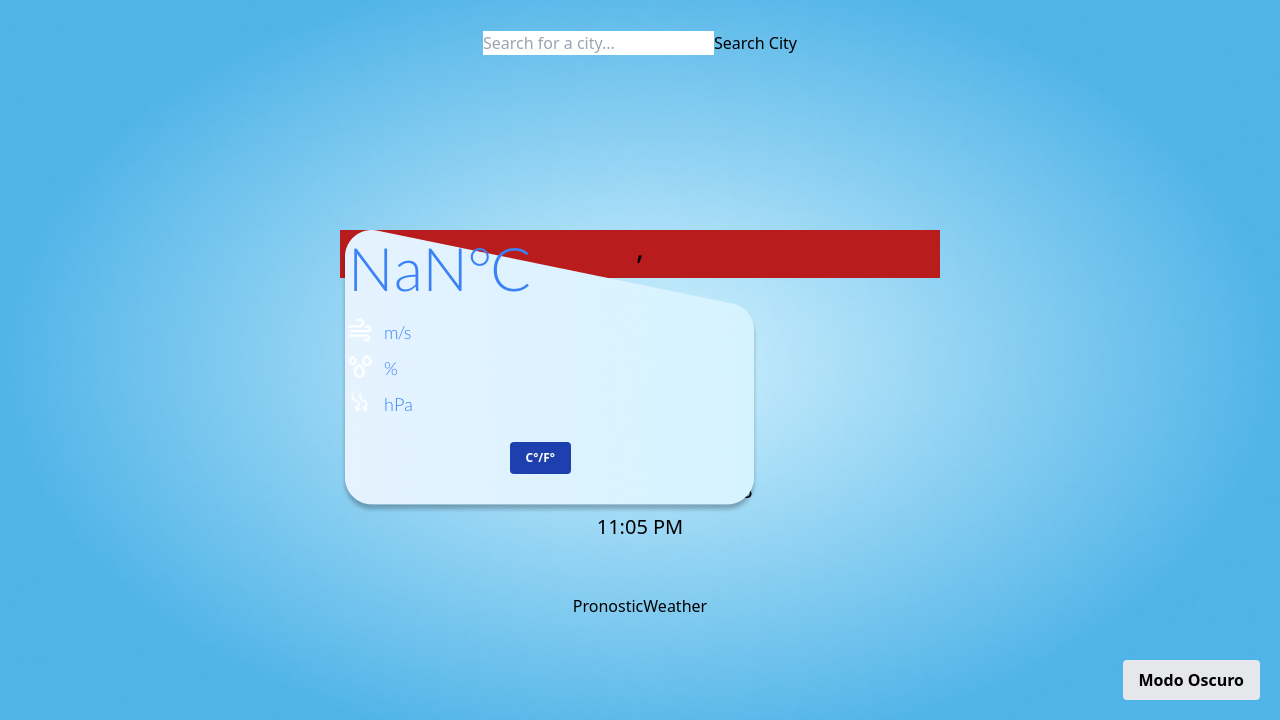
Repository: LukasMoyano/WeatherApp-_-LukasMoyano-_-V-_4.0_6.6.6
Page: /
The author's editor kept a copy of each file at every save. The page is drawn from the files as they stood at one save, then again after the next save.
The browser window is 1280 px wide. The pictures show the whole page.
The page's requests for data from a server got no answer. The project was rebuilt for these pictures with package versions that can differ from the ones it lists, and the page was loaded fresh each time. No one was signed in, and anything a server would have sent is missing. Also part of the build but not shown: vite.config.js.

Above is the page before, as saved 2023-08-08 01:35:04.

### index.html
<!DOCTYPE html>
<html lang="en">
  <head>
    <meta charset="UTF-8" />
    <link rel="icon" type="image/png" href="thor-hammer.png">
    <meta name="viewport" content="width=device-width, initial-scale=1.0" />
    <title>WeatherApp - LukasMoyano-</title>
  </head>
  <body>
    <div id="root"></div>
    <script type="module" src="/src/main.jsx"></script>
  </body>
</html>

### src/main.jsx
import React from 'react'
import ReactDOM from 'react-dom/client'
import App from "/src/App.jsx";

ReactDOM.createRoot(document.getElementById('root')).render(
  <React.StrictMode>
    <App />
  </React.StrictMode>,
)

### src/App.jsx
import React, { useEffect, useState } from "react";
import axios from "axios";
import Weather from "./components/Weather";
import "./App.css";
import SearchBar from "./components/SearchBar";
import PronosticWeather from "./components/PronosticWeather";
import Date_Hour from "./components/Date_Hour";

function App() {
  const [weatherInfo, setWeatherInfo] = useState(null);
  const [isDarkMode, setIsDarkMode] = useState(false);

  const toggleDarkMode = () => {
    setIsDarkMode(!isDarkMode);
  };

  useEffect(() => {
    navigator.geolocation.getCurrentPosition(success);
  }, []);

  const success = (pos) => {
    const lat = pos.coords.latitude;
    const lon = pos.coords.longitude;
    const API_KEY = "f61630c5193995d939b6b8024057b009";
    const url = `https://api.openweathermap.org/data/2.5/weather?lat=${lat}&lon=${lon}&appid=${API_KEY}`;

    axios
      .get(url)
      .then(({ data }) => setWeatherInfo(data))
      .catch((err) => console.log(err));
  };

  const backgroundImage = isDarkMode
    ? "background/image002_DarkVersion.jpg"
    : "background/image001_LightVersion.jpg";

  return (
    <div className={`min-h-screen ${isDarkMode ? "dark" : ""}`}>
      <main
        className={`bg-cover bg-center min-h-screen font-lato p-2 grid grid-rows-[1fr_5fr_2fr_1fr_1fr] place-items-center ${
          isDarkMode ? "bg-black bg-opacity-50 text-white" : "bg-white bg-opacity-70 text-black"
        }`}
        style={{
          backgroundImage: `url(${backgroundImage})`

        }}
      >
        <SearchBar setWeatherInfo={setWeatherInfo} />
        <Weather weatherInfo={weatherInfo} isDarkMode={isDarkMode} />

        <Date_Hour isDarkMode={isDarkMode}/>

        <PronosticWeather/>
        <button
          onClick={toggleDarkMode}
          className={`absolute bottom-5 right-5 px-4 py-2 font-bold rounded ${
            isDarkMode ? "bg-gray-800 text-white" : "bg-gray-200 text-black"
          }`}
        >
          {isDarkMode ? "Modo Claro" : "Modo Oscuro"}
        </button>
      </main>
    </div>
  );
}

export default App;

### src/components/Weather.jsx
import React, { useState } from "react";

const Weather = ({ weatherInfo, isDarkMode }) => {
  const [isCelsius, setIsCelsius] = useState(true);

  const toggleTemperatureUnit = () => {
    setIsCelsius(!isCelsius);
  };

  const convertTemperature = (temperature) => {
    if (isCelsius) {
      return Math.round(temperature - 273.15) + "°C";
    } else {
      return Math.round(((temperature - 273.15) * 9) / 5 + 32) + "°F";
    }
  };

  const iconspngweathers = {
    "01n": "public/iconsweatherstates_day/01n.png",
    "02n": "public/iconsweatherstates_day/02n.png",
    "03n": "public/iconsweatherstates_day/03n.png",
    "04n": "public/iconsweatherstates_day/04n.png",
    "09n": "public/iconsweatherstates_day/09n.png",
    "10n": "public/iconsweatherstates_day/10n.png",
    "11n": "public/iconsweatherstates_day/11n.png",
    "13n": "public/iconsweatherstates_day/13n.png",
    "50n": "public/iconsweatherstates_day/50n.png",
    "01d": "public/iconsweatherstates_day/01d.png",
    "02d": "public/iconsweatherstates_day/02d.png",
    "03d": "public/iconsweatherstates_day/03d.png",
    "04d": "public/iconsweatherstates_day/04d.png",
    "09d": "public/iconsweatherstates_day/09d.png",
    "10d": "public/iconsweatherstates_day/10d.png",
    "11d": "public/iconsweatherstates_day/11d.png",
    "13d": "public/iconsweatherstates_day/13d.png",
    "50d": "public/iconsweatherstates_day/50d.png",
  };

  return (
    <main className="grid place-items-center max-w-[600px] w-full bg-yellow-400">
      <section
        className={`bg-red-700 w-full grid  relative ${isDarkMode ? " text-white" : " text-black"}`}
      >
        {/* Nombre de la Ciudad */}
        {/* País */}
        <h1 className="text-center text-3xl pb-3">
          {weatherInfo?.name}, {weatherInfo?.sys?.country}
        </h1>

        <section className="absolute">
          {isDarkMode ? (
            <div>
              <img
                className=""
                src="public/background_info_cads/card_image002_Dark version.png"
              />
            </div>
          ) : (
            <div>
              <img
                className=""
                src="public/background_info_cads/card_image001_LightVersion.png"
              />
            </div>
          )}
        </section>

        <section className="absolute z-10 grid grid-cols-2 justify-center-items-center">
          {/* Columna Izquierda */}
          <div className="flex flex-col gap-5 p-2 text-center">
            {/* Temperatura Actual */}
            <div
              className={` font-lato font-Lato text-6xl font-light leading-23 tracking-normal text-center text-blue-500
           ${isDarkMode ? "text-white" : "text-black"}`}
            >
              {convertTemperature(weatherInfo?.main.temp)}
            </div>
            {/* Detalles del Clima */}
            <div className="font-Lato font-light text-center text-blue-500 grid grid-raws-3 gap-2">
              <div className="flex gap-3 text-lg ">
                <img
                  src="./images/wind.png"
                  alt="Wind Icon"
                  className="w-6 h-6"
                />
                {weatherInfo?.wind.speed} m/s
              </div>
              <div className="flex gap-3 text-lg">
                <img
                  src="./images/humidity.png"
                  alt="Humidity Icon"
                  className="w-6 h-6"
                />
                {weatherInfo?.main.humidity}%
              </div>
              <div className="flex gap-3 text-lg">
                <img
                  src="./images/pressure.png"
                  alt="Pressure Icon"
                  className="w-6 h-6"
                />
                {weatherInfo?.main.pressure} hPa
              </div>
            </div>
          </div>

          {/* Columna Derecha */}
          <div className="grid grid-rows-[repeat(2,auto)]  items-center w-full  text-center">
            {/* Icono del Clima */}
            {weatherInfo?.weather[0].icon && (
              <img
                className="w-full"
                src={`${iconspngweathers[weatherInfo?.weather[0].icon]}`}
                alt="Weather Icon"
              />
            )}
            <h3 className="">{weatherInfo?.weather[0].description}</h3>
          </div>
          {/* Botón para Alternar entre Celsius y Fahrenheit */}
          <section className="items-center mt-4 col-span-2">
            <button
              onClick={toggleTemperatureUnit}
              className={`bg-blue-800 hover:bg-blue-700 text-white font-bold py-2 px-4 rounded mx-auto block text-xs ${
                isDarkMode ? "bg-opacity-70" : "bg-opacity-100"
              }`}
            >
              C°/F°
            </button>
          </section>
        </section>
      </section>
    </main>
  );
};

export default Weather;

### src/App.css
@import url(https://fonts.googleapis.com/css?family=Lato:100,100italic,300,300italic,regular,italic,700,700italic,900,900italic);

@import url('https://fonts.googleapis.com/css2?family=Lato:wght@300;400;700&display=swap');


@import 'tailwindcss/base';
@import 'tailwindcss/components';
@import 'tailwindcss/utilities';

### src/components/SearchBar.jsx
import React, { useState, useEffect } from "react";
import axios from "axios";

const SearchBar = ({ setWeatherInfo }) => {
  const [city, setCity] = useState("");
  const [suggestedCities, setSuggestedCities] = useState([]);
  const [isFetching, setIsFetching] = useState(false);

  const API_KEY = "f61630c5193995d939b6b8024057b009";

  const handleCityChange = (event) => {
    const value = event.target.value;
    setCity(value);
    if (value) {
      fetchSuggestedCities(value);
    } else {
      setSuggestedCities([]);
    }
  };

  const fetchSuggestedCities = async (query) => {
    setIsFetching(true);
    try {
      const response = await fetch(
        `https://api.openweathermap.org/data/2.5/find?q=${query}&type=like&cnt=5&appid=${API_KEY}`
      );
      const data = await response.json();
      setSuggestedCities(data.list);
    } catch (error) {
      console.error("Error fetching suggested cities:", error);
    } finally {
      setIsFetching(false);
    }
  };

  const handleSuggestionClick = (suggestion) => {
    setCity(suggestion.name);
    setSuggestedCities([]);
  };

  const handleSearch = () => {
    if (city.trim() !== "") {
      fetchWeatherData(city);
    }
  };

  const fetchWeatherData = (city) => {
    const url = `https://api.openweathermap.org/data/2.5/weather?q=${city}&appid=${API_KEY}`;

    axios
      .get(url)
      .then(({ data }) => setWeatherInfo(data))
      .catch((err) => console.log(err));
  };

  useEffect(() => {
    const handleKeyPress = (event) => {
      if (event.key === "Enter") {
        handleSearch();
      }
    };
    window.addEventListener("keydown", handleKeyPress);
    return () => {
      window.removeEventListener("keydown", handleKeyPress);
    };
  }, [city]);

  return (
    <main>
      <label>
        <input
          type="text"
          value={city}
          placeholder="Search for a city..."
          onChange={handleCityChange}
        />
        {suggestedCities.length > 0 && (
          <ul className="suggestions">
            {suggestedCities.map((suggestion) => (
              <li
                key={suggestion.id}
                onClick={() => handleSuggestionClick(suggestion)}
              >
                {suggestion.name}, {suggestion.sys.country}
              </li>
            ))}
          </ul>
        )}
        <button onClick={handleSearch} disabled={isFetching}>
          Search City
        </button>
      </label>
    </main>
  );
};

export default SearchBar;

### src/components/PronosticWeather.jsx
import React from 'react'

const PronosticWeather = () => {
  return (
    <div>PronosticWeather</div>
  )
}

export default PronosticWeather

### src/components/Date_Hour.jsx
import React from "react";

export const Date_Hour = ({isDarkMode}) => {

  const getCurrentDateTime = () => {
    const currentDate = new Date();
    const options = {
      weekday: "long",
      day: "numeric",
      month: "long",
      year: "numeric",
    };
    const date = currentDate.toLocaleDateString(undefined, options);
    const time = currentDate.toLocaleTimeString(undefined, {
      hour: "numeric",
      minute: "numeric",
    });
    return { date, time };
  };

  const { date, time } = getCurrentDateTime();

  return (
    <div>
      {/* Mostrar la Fecha y Hora */}
      <section className="text-center mt-4">
        <p
          className={`text-xl mb-2 ${isDarkMode ? "text-white" : "text-black"}`}
        >
          {date}
        </p>
        <p className={`text-xl ${isDarkMode ? "text-white" : "text-black"}`}>
          {time}
        </p>
      </section>
    </div>
  );
};

export default Date_Hour;

### tailwind.config.js
/** @type {import('tailwindcss').Config} */
export default {
  content: [
    "./index.html",
    "./src/**/*.{js,ts,jsx,tsx}",
  ],
  theme: {
    extend: {},
    fontFamily: {
      Lato: ["Lato", "Sans-Serif"]
    }
  },
  plugins: [],

}

After the next save:
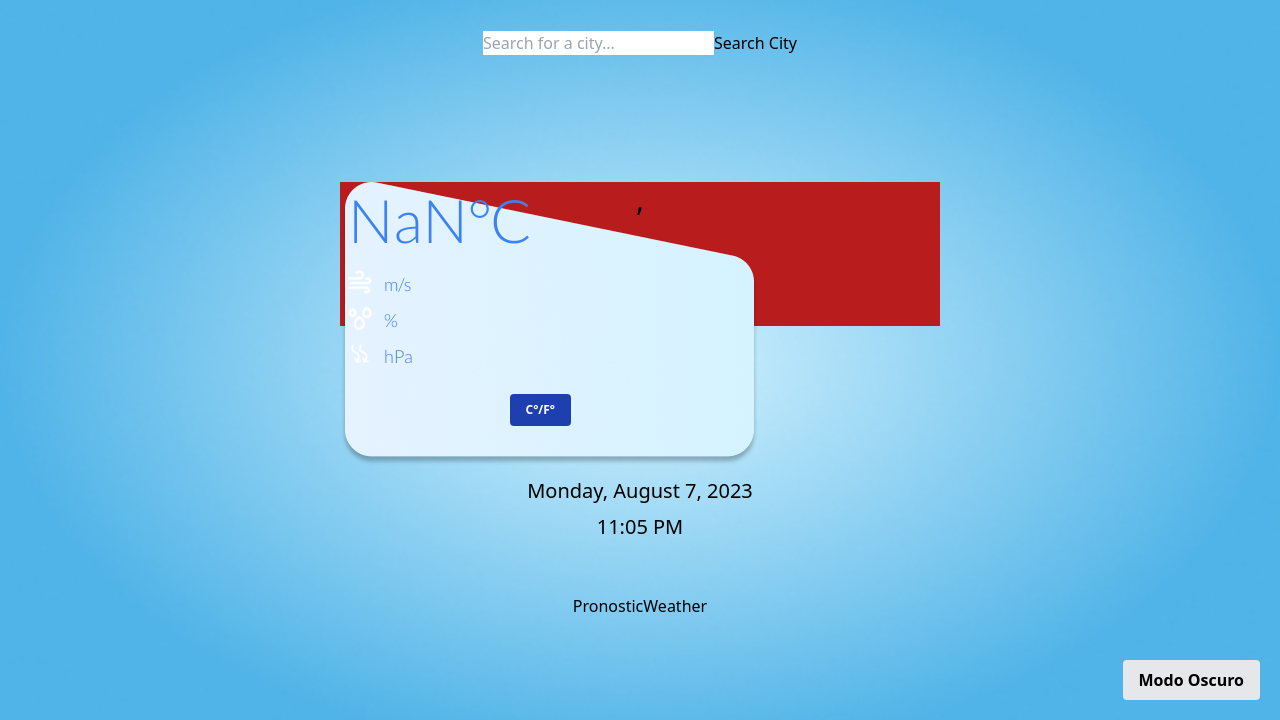
Saved 2 min 16 s later.
--- a/src/components/Weather.jsx
+++ b/src/components/Weather.jsx
@@ -39,7 +39,7 @@
   return (
     <main className="grid place-items-center max-w-[600px] w-full bg-yellow-400">
       <section
-        className={`bg-red-700 w-full grid  relative ${isDarkMode ? " text-white" : " text-black"}`}
+        className={`bg-red-700 w-full grid grid-rows-3 relative ${isDarkMode ? " text-white" : " text-black"}`}
       >
         {/* Nombre de la Ciudad */}
         {/* País */}

After the save that followed:
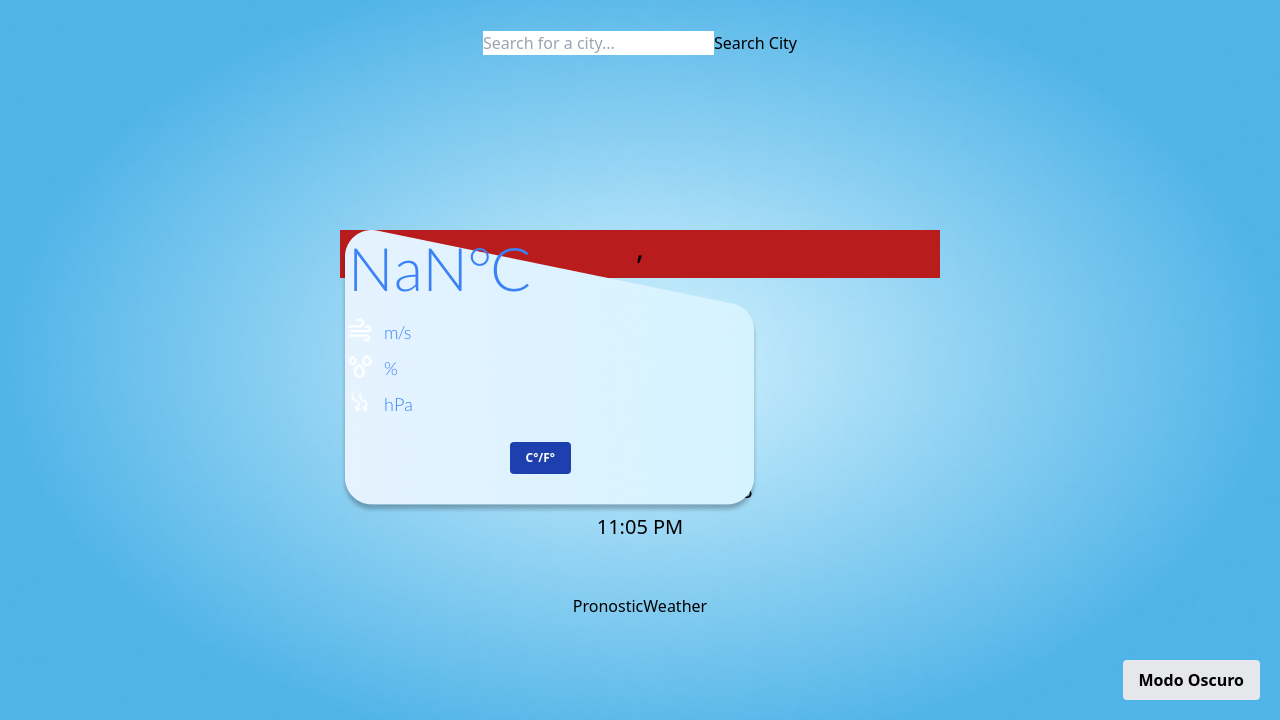
Saved 66 s later.
--- a/src/components/Weather.jsx
+++ b/src/components/Weather.jsx
@@ -39,7 +39,7 @@
   return (
     <main className="grid place-items-center max-w-[600px] w-full bg-yellow-400">
       <section
-        className={`bg-red-700 w-full grid grid-rows-3 relative ${isDarkMode ? " text-white" : " text-black"}`}
+        className={`bg-red-700 w-full grid grid-rows-[auto_4fr_auto] relative ${isDarkMode ? " text-white" : " text-black"}`}
       >
         {/* Nombre de la Ciudad */}
         {/* País */}
